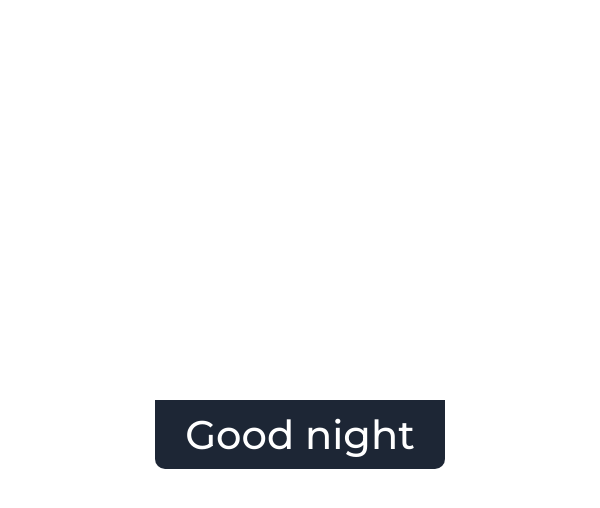
Repository: brian99na/HomePage
Page: /
An editor plug-in stored every save of this project. The page is shown before and after a run of saves, followed by the edit.
The browser window is 600 px wide. The pictures show the whole page.
The page's requests for data from a server got no answer. The project was rebuilt for these pictures with package versions that can differ from the ones it lists, and the page was loaded fresh each time. No one was signed in, and anything a server would have sent is missing.

Above is the page before, as saved 2021-11-21 23:10:39.

After the next 3 saves:
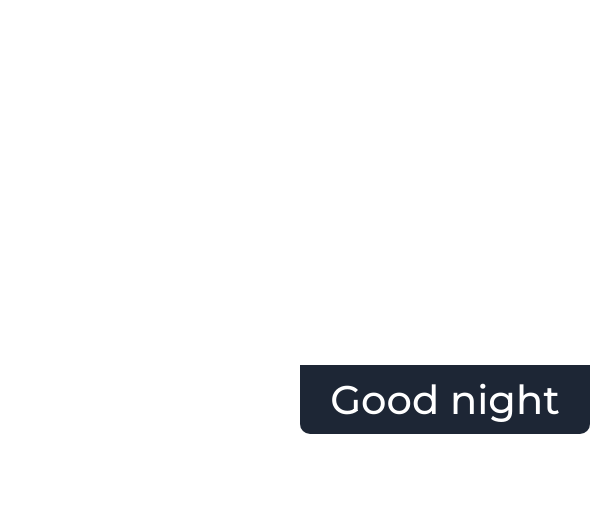
The 3 saves are shown as one change because they came seconds apart.
The last was saved 2 min 51 s later.
--- a/src/App.css
+++ b/src/App.css
@@ -139,4 +139,7 @@ a {
     width: 100%;
   }
 
+  .titleUpper {
+    flex-direction: row;
+  }
 }
